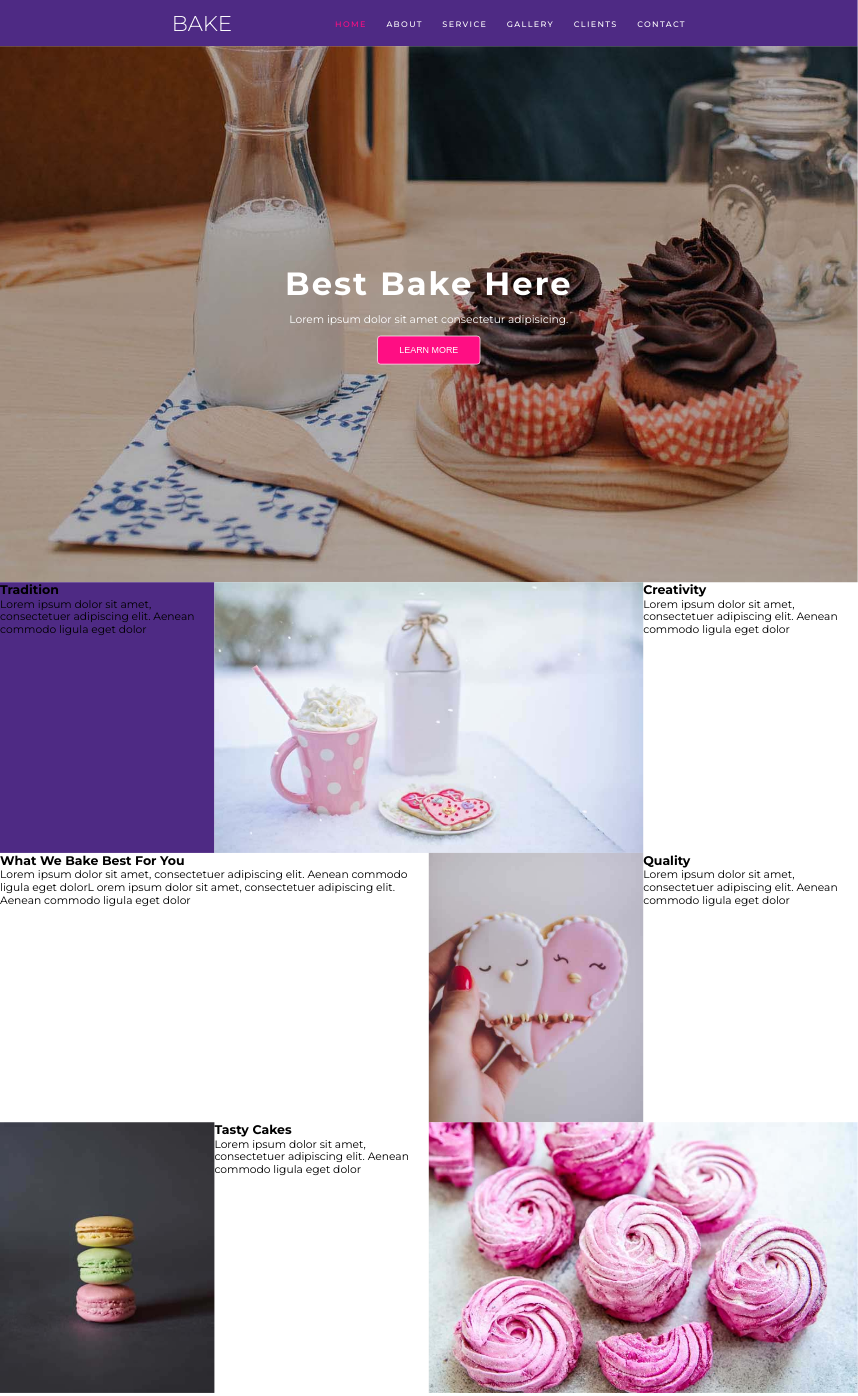
Repository: giahuy405/Bake
Page: index.html
The author's editor kept a copy of each file at every save. The page is drawn from the files as they stood at one save, then again after the next save.
The browser window is 1280 px wide. The pictures show the whole page, at 67% of full size.

Above is the page before, as saved 2022-09-13 15:19:34.

After the next save:
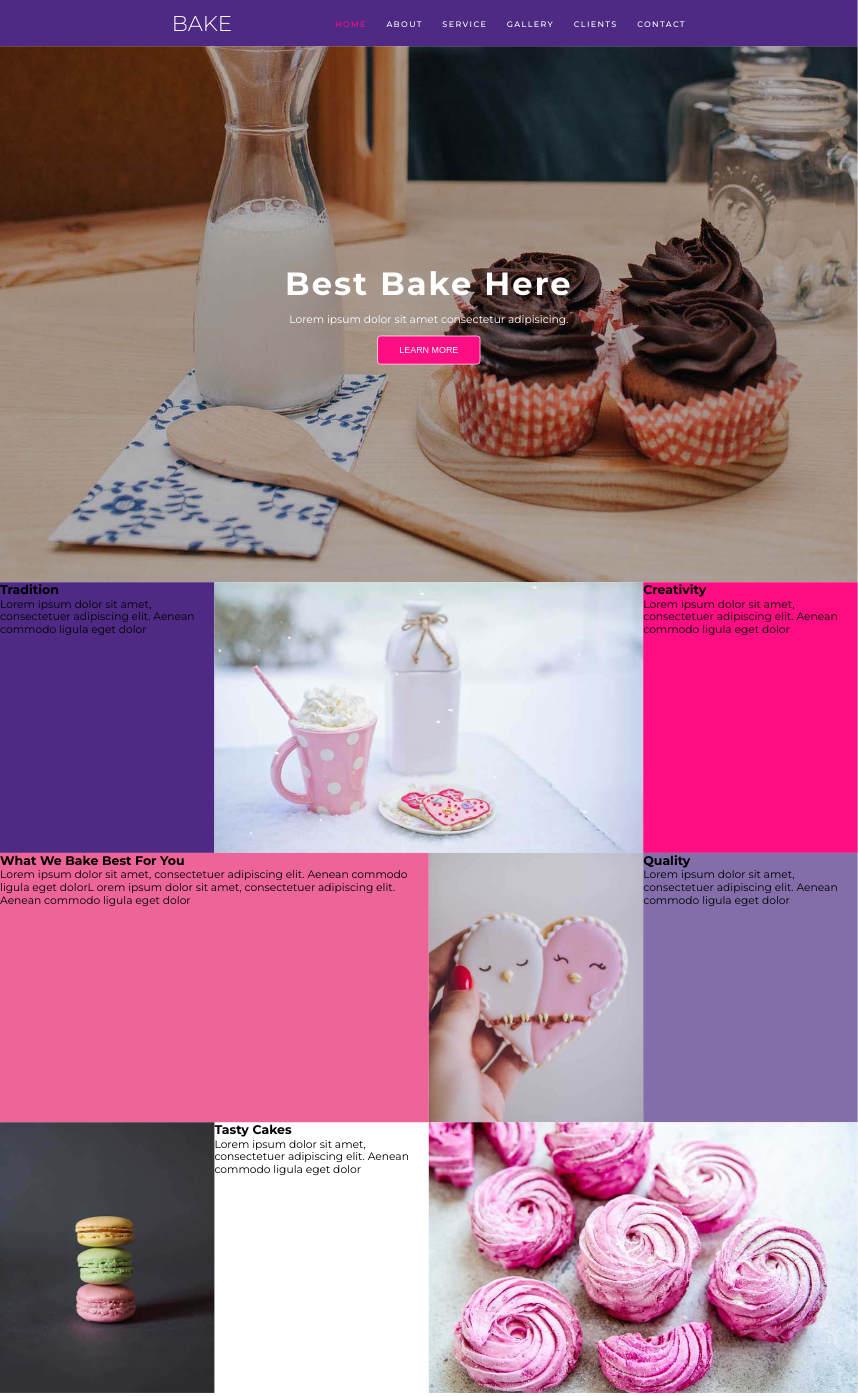
Saved 38 s later.
--- a/css/index.css
+++ b/css/index.css
@@ -85,11 +85,18 @@
 .intro__item:nth-child(2){
     grid-column: 2 / span 2;
 }
+.intro__item:nth-child(3){
+    background-color: #ff0e83;
+}
 .intro__item:nth-child(4){
     grid-column: 1 / span 2;
+    background-color: #ed6498;
 }
 .intro__item:nth-child(9){
     grid-column:  3 / span 2;
+}
+.intro__item:nth-child(6){
+    background-color: #836eaa;
 }
 .intro__item img{
     width: 100%;
